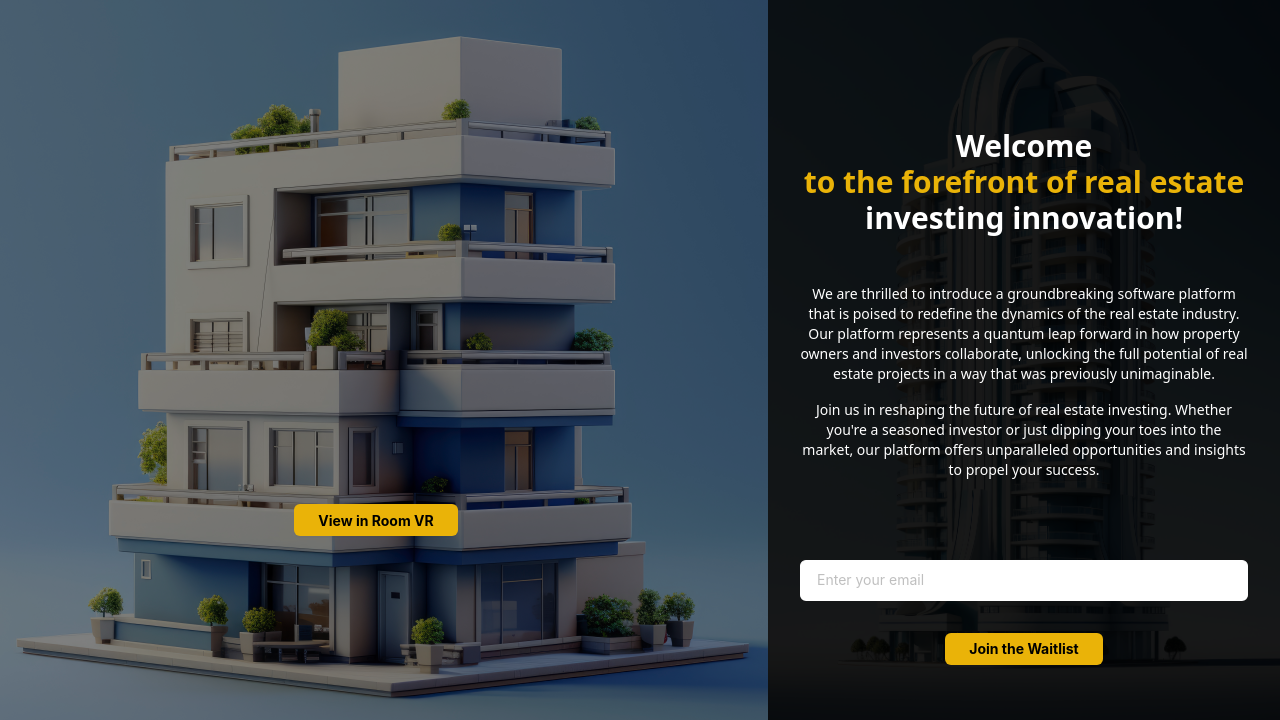
Repository: brytemenz/investnest-landing
Page: /
These files come from the project's save history. The page is drawn as it stood at one moment and after the next save; the edit follows.
The browser window is 1280 px wide. The pictures show the whole page.
The project was rebuilt for these pictures with package versions that can differ from the ones it lists, and the page was loaded fresh each time. Also part of the build but not shown: vite.config.js, src/components/ThreeDImage.jsx, src/components/footer.jsx.

Above is the page before, as saved 2024-05-29 15:55:23.

### src/main.jsx
// src/main.jsx
import 'antd/dist/reset.css';
import './index.css';
import './landingPage.css';
import React from 'react';
import ReactDOM from 'react-dom/client';
import App from './App';

ReactDOM.createRoot(document.getElementById('root')).render(
  <React.StrictMode>
    <App />
  </React.StrictMode>
);

### src/landingPage.css
/* src/landingPage.css */
.bg-cover {
  background-size: cover;
}

.bg-center {
  background-position: center;
}


/* landingPage.css */
/* landingPage.css */
.left-image {
  height: 100%;
  background-image: url('./assets/leftimage.jpg'); /* Ensure the path is correct */
  background-size: cover;
  background-position: center;
  background-repeat: no-repeat;
}

@keyframes fadeIn {
  from {
    opacity: 0;
  }
  to {
    opacity: 1;
  }
}

.landing-page.loaded {
  animation: fadeIn 0.5s ease-in-out;
}

@keyframes fadeIn {
  from {
    opacity: 0;
  }
  to {
    opacity: 1;
  }
}

.landing-page.loaded {
  animation: fadeIn 0.5s ease-in-out;
}

.hover\:text-gold:hover {
  color: gold;
}

.hover\:px-6:hover {
  padding-left: 1.5rem;
  padding-right: 1.5rem;
}

.hover\:py-3:hover {
  padding-top: 0.75rem;
  padding-bottom: 0.75rem;
}

### src/App.jsx
// App.jsx
import React, { useState, useEffect } from 'react';
import LandingPage from './pages/landingPage';
import LoadingSpinner from './components/loadingSpinner';

const App = () => {
  const [loading, setLoading] = useState(true);

  useEffect(() => {
    // Simulate a delay to mimic loading process
    const timeout = setTimeout(() => {
      setLoading(false);
    }, 2000);

    // Clean up the timeout
    return () => clearTimeout(timeout);
  }, []);

  return (
    <>
      {loading ? <LoadingSpinner /> : <LandingPage />}
    </>
  );
};

export default App;

### src/pages/landingPage.jsx
import React, { useState, useEffect } from 'react';
import rightImage from '../assets/rightimage.jpg';
import { Button, Input } from 'antd';
import LoadingSpinner from '../components/loadingSpinner';
import ThreeDImage from '../components/ThreeDImage';
import Footer from '../components/footer'; // Import the Footer component

const LandingPage = () => {
  const [isLoading, setIsLoading] = useState(true);
  const [show3DModel, setShow3DModel] = useState(false);
  const [viewMode, setViewMode] = useState(null);

  useEffect(() => {
    const timer = setTimeout(() => {
      setIsLoading(false);
    }, 2000);

    return () => clearTimeout(timer);
  }, []);

  const handleView3DModel = (mode) => {
    setShow3DModel(true);
    setViewMode(mode);
  };

  return (
    <div className="landing-page min-h-screen flex flex-col lg:flex-row">
      {isLoading ? (
        <LoadingSpinner />
      ) : (
        <>
          <div className="w-full lg:w-3/5 relative">
            {show3DModel ? (
              <ThreeDImage modelUrl="/room.glb" mode={viewMode} />
            ) : (
              <div className="h-full relative">
                <div className="left-image">
                  <div className="absolute inset-0 bg-black bg-opacity-50 flex flex-col items-center justify-center space-y-4">
                    <Button
                      onClick={() => handleView3DModel('vr')}
                      className="bg-yellow-500 text-black px-6 rounded-md font-bold mt-80 mr-4 self-center transition duration-300 ease-in-out hover:text-yellow-500"
                      style={{ border: 'none' }}
                    >
                      View in Room VR
                    </Button>
                  </div>
                </div>
              </div>
            )}
          </div>
          <div className="w-full lg:w-2/5 relative flex flex-col justify-end">
            <div className="bg-cover bg-center h-full" style={{ backgroundImage: `url(${rightImage})` }}>
              <div className="absolute inset-0 bg-black bg-opacity-90 flex flex-col justify-start items-start text-white px-8">
                <div className="mt-32 text-left lg:text-center">
                  <h2 className="text-3xl font-bold mb-4">Welcome <br /><span className='text-yellow-500'>to the forefront of real estate </span><br />investing innovation!</h2>
                  <p className="text-sm mt-12">
                    We are thrilled to introduce a groundbreaking software platform that is poised to redefine the dynamics of the real estate industry.
                    Our platform represents a quantum leap forward in how property owners and investors collaborate, unlocking the full potential of
                    real estate projects in a way that was previously unimaginable.
                  </p>
                  <p className="text-sm mt-4">
                    Join us in reshaping the future of real estate investing. Whether you're a seasoned investor or just dipping your toes into the market,
                    our platform offers unparalleled opportunities and insights to propel your success.
                  </p>
                  <div className="mt-20 flex justify-center">
                    <Input placeholder="Enter your email" className="border-b-2 border-white bg-white-500 text-white placeholder-white::placeholder px-4 py-2 focus:outline-none focus:border-yellow-500" />
                  </div>
                </div>
                <Button className="text-sm mt-8 flex items-center justify-center mx-auto bg-yellow-500 text-black px-6 rounded-md font-bold self-center transition duration-300 ease-in-out hover:text-yellow-500" style={{ border: 'none' }}>Join the Waitlist</Button>

                {/* Include the Footer component */}


              </div>
            </div>
          </div>
        </>
      )}
    </div>
  );
};

export default LandingPage;

### src/components/loadingSpinner.jsx
// src/pages/LoadingSpinner.jsx
import React from 'react';
import { CircleLoader } from 'react-spinners';

const LoadingSpinner = () => {
  return (
    <div className="flex justify-center items-center min-h-screen">
      <CircleLoader color="#FFC107" />
    </div>
  );
};

export default LoadingSpinner;

Loaded but not shown: src/index.css (common file); tailwind.config.js (common file)

After the next save:
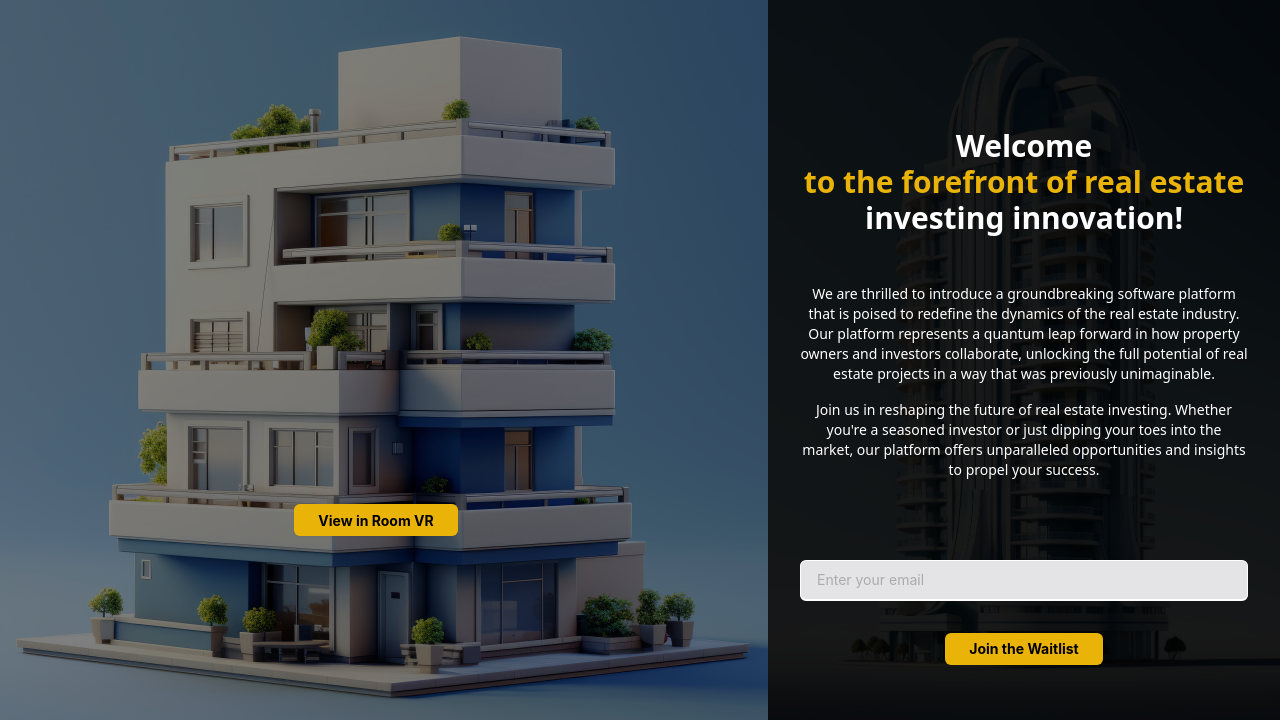
Saved 56 s later.
--- a/src/pages/landingPage.jsx
+++ b/src/pages/landingPage.jsx
@@ -63,7 +63,7 @@ const LandingPage = () => {
                     our platform offers unparalleled opportunities and insights to propel your success.
                   </p>
                   <div className="mt-20 flex justify-center">
-                    <Input placeholder="Enter your email" className="border-b-2 border-white bg-white-500 text-white placeholder-white::placeholder px-4 py-2 focus:outline-none focus:border-yellow-500" />
+                    <Input placeholder="Enter your email" className="border-b-2 border-white bg-zinc-200 text-white placeholder-white::placeholder px-4 py-2 focus:outline-none focus:border-yellow-500" />
                   </div>
                 </div>
                 <Button className="text-sm mt-8 flex items-center justify-center mx-auto bg-yellow-500 text-black px-6 rounded-md font-bold self-center transition duration-300 ease-in-out hover:text-yellow-500" style={{ border: 'none' }}>Join the Waitlist</Button>
